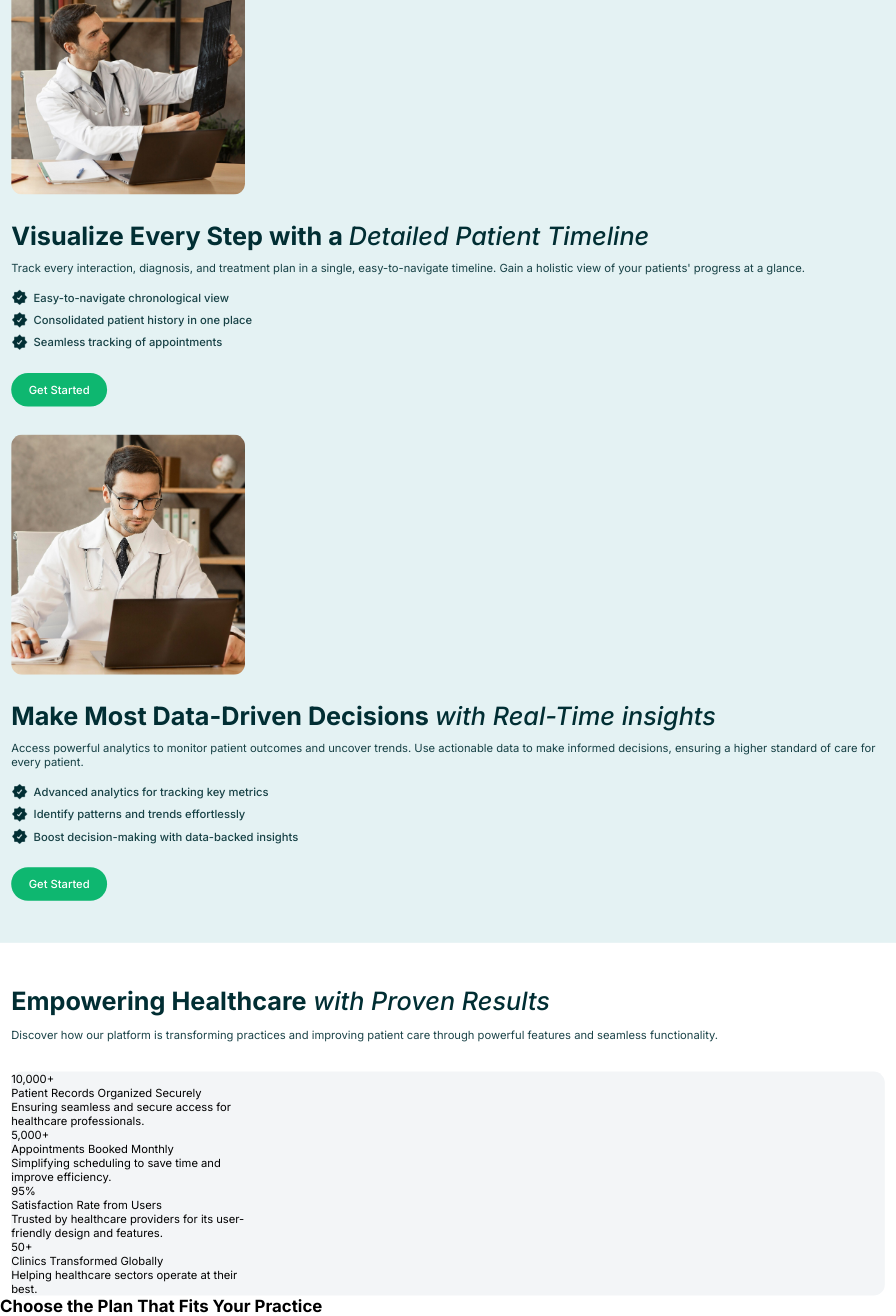
Repository: DiegoWWeege/recuperacao-prova-front-end
Page: index.html
These files come from the project's save history. The page is drawn as it stood at one moment and after a run of saves; the edit follows.
The browser window is 1280 px wide. The pictures show the part of the page from y = 1657 to 3577 px (the page is 3537 px tall before and 3577 px after), at 70% of full size.

Above is the page before, as saved 2026-06-22 18:59:27.

### index.html
<!DOCTYPE html>
<html lang="pt-br">
<head>
    <meta charset="UTF-8">
    <meta name="viewport" content="width=device-width, initial-scale=1.0">
    <title>ERTIFY HEALTH</title>
    <link rel="stylesheet" href="style.css">
</head>
<body>

    <!--Cabeçalho da Lading Page-->

    <header>
        <img src="images/logo.png" alt="Ertify Health logo">

        <section>
        <button aria-label = "Get Started" class = "get-started-button">Get Started</button>

            <img src="icons/burguer-menu.png" alt="Burguer menu">
        </section>
    </header>

    <!--Conteúdo principal da Lading Page-->
    <main class = "hero-section">

        <section>
            <h1>Simple & Secure Patient <span>Management</span></h1>
            <!-- Foi dado um espaço na palavra &amp, pois quando junta apresentava erro no html!-->
            <p>CERTIFY’s platform automates intake & amp; check-in processes
            so you can put the focus back on delivering quality care.</p>
        </section>

        <section id = "buttons-section">
            <button  aria-label = "Get Started" class = "get-started-button">Get Started</button>
            <button aria-label = "Play demo" class = "play-demo-button">Play Demo</button>
        </section>

        <img src="images/three-doctors.png" alt="Three doctors">
    </main>



    <section class = "section-patient-journey">
        <h2>Get a Proper Visualisation on <span>Patient Jouney</span></h2>

        <p>Understand and  manage your patients' healthcare journeys with
            clarity and precision. Our platform offers tools that provide
            actionable insights at every stage.</p>


        <section class = "image-text-benefits">

            <img src="images/doctor-xray.png" alt="A doctor sitting in his desk looking at an x-ray">

            <h2>Visualize Every Step with a <span>Detailed Patient Timeline</span></h2>

            <p>Track every interaction, diagnosis, and treatment
                plan in a single, easy-to-navigate
                timeline. Gain a holistic view of your patients'
                progress at a glance.</p>

            <section class = "benefits-grid">

                <img src="icons/checkmark-badge-02.png" alt="">
                <p class = "benefit">Easy-to-navigate chronological view</p>

                <img src="icons/checkmark-badge-02.png" alt="">
                <p class = "benefit">Consolidated patient history in one place</p>

                <img src="icons/checkmark-badge-02.png" alt="">
                <p class = "benefit">Seamless tracking of appointments</p>

            </section>

            <button  aria-label = "Get Started" class = "get-started-button">Get Started</button>

        </section>

        <section class = "image-text-benefits">

            <img src="images/doctor-laptop.png" alt="A doctor sitting in his desk looking at an x-ray">

            <h2>Make Most Data-Driven Decisions <span>with Real-Time insights</span></h2>

            <p>Access powerful analytics to monitor patient outcomes
                and uncover trends. Use actionable data
                 to make informed decisions, ensuring a higher standard
                 of care for every patient.</p>

            <section class = "benefits-grid">

                <img src="icons/checkmark-badge-02.png" alt="">
                <p class = "benefit">Advanced analytics for tracking key metrics</p>

                <img src="icons/checkmark-badge-02.png" alt="">
                <p class = "benefit">Identify patterns and trends effortlessly</p>

                <img src="icons/checkmark-badge-02.png" alt="">
                <p class = "benefit">Boost decision-making with data-backed insights</p>

            </section>

            <button  aria-label = "Get Started" class = "get-started-button">Get Started</button>

        </section>

    </section>

    <section class = "section-empowering-healthcare">
        <section class = "main-text">
            <h2>Empowering Healthcare<span> with Proven Results</span></h2>

        <p>Discover how our platform is transforming practices and improving
            patient care through powerful features and seamless functionality.</p>
        </section>

        <section class = "boxes-grid">
            <section class = "first-box">
                <p id = "first-p">10,000+</p>
                <p id = "second-p">Patient Records Organized Securely</p>

                <p>Ensuring seamless and secure access for healthcare professionals.</p>
            </section>

            <section class = "second-box">
                <p>5,000+</p>
                <p>Appointments Booked Monthly</p>

                <p>Simplifying scheduling to save time and improve efficiency.</p>
            </section>

            <section class = "third-box">
                <p>95%</p>
                <p>Satisfaction Rate from Users</p>

                <p>Trusted by healthcare providers for its user-friendly design and features.</p>
            </section>

            <section class = "fourth-box">
                <p>50+</p>
                <p>Clinics Transformed Globally</p>

                <p>Helping healthcare sectors operate at their best.</p>
            </section>
        </section>

    </section>


    <section id="plans-section">
        <h2>Choose the Plan That Fits <span>Your Practice</span></h2>

        <p></p>
    </section>
</body>
</html>

### style.css
@import url('https://fonts.googleapis.com/css2?family=Inter:ital,opsz,wght@0,14..32,100..900;1,14..32,100..900&family=Roboto:ital,wght@0,100..900;1,100..900&display=swap');

*{
    margin: 0px;
    padding: 0px;
    font-family: 'Inter', sans-serif;
}

img{
    object-fit: cover;
}

header{
    background-color: #012E33;
    width: 100vw;
    border-bottom: 1px solid #1A4347;
    display: grid;
    grid-template-columns: 1fr auto;
    align-items: center;
    padding: 1rem;
    box-sizing: border-box;
}

.get-started-button{
    background-color: #0EB770;
    color: white;
    font-size: 1rem;
    font-weight: 500;
    border-radius: 100px;
    height: 2.5rem;
    width: 8.063rem;
    border-style: none;
    justify-self: end;

}

header section{
    display: grid;
    grid-template-columns:auto auto;
    align-items: center;
    gap: 1rem;
}

.hero-section{
    background-color: #012E33;
    padding-top: 4.313rem;
    box-sizing: border-box;
}

.hero-section h1{
    font-family: "Inter" , sans-serif;
    font-size: 2.75rem;
    font-weight: 700;
    color: white;
    margin-bottom: 0.75rem;
    margin-left: 1.375rem;
    margin-right: 0.625rem;

}

.hero-section span{
    font-weight: 400;
    font-family: "Inter" , sans-serif;
    font-style: italic;
}

.hero-section p{
    color: rgba(255, 255, 255, 0.904);
    line-height: 1.625rem;
    margin-bottom: 4.313rem;
    margin-left: 1.375rem;
    margin-right: 0.625rem;
}

.hero-section #buttons-section button{
    width: 21.438rem;
    height: 3.5rem;
    margin-left: 1.375rem;
    margin-right: 0.625rem;
}

.hero-section #buttons-section .get-started-button{
    margin-bottom: 1rem;
}

.hero-section #buttons-section .play-demo-button{
    border: 1px solid #044046;
    border-radius: 100px;
    background: none;
    color: white;
    align-items: center;
    font-weight: 500;
    font-size: 16px;
}

.hero-section img{
    width: 100vw;
    margin-top: 2rem;
}

.section-patient-journey{
    background-color: #E4F2F3;
    padding-left: 1rem;
    padding-right: 1rem;
    padding-top: 3.75rem;
    padding-bottom: 3.75rem;
}

.section-patient-journey h2{
    font-family: "Inter" , sans-serif;
    font-weight: 700;
    font-size: 36px;
    line-height: 46px;
    color: #012E33;
    text-align: center;
}

.section-patient-journey span{
    font-weight: 500;
    font-style: italic;
}

.section-patient-journey p{
    color: #012e33e7;
    font-weight: 400;
    text-align: center;
    margin-top: 0.75rem;
}

.section-patient-journey img{
    height: 21.438rem;
    width: 20.875rem;
    border-radius: 1rem;
    margin-top: 2.5rem;
    margin-bottom: 2rem;
}

.section-patient-journey .image-text-benefits h2{
    text-align: start;
}

.section-patient-journey .image-text-benefits p{
    text-align:  start;
}

.image-text-benefits .benefits-grid{
    display: grid;
    grid-template-columns: auto 1fr;
    gap: 0.5rem;
    margin-top: 1.313rem;
    margin-bottom: 2rem;
}

.image-text-benefits .benefits-grid img{
    width: 1.5rem;
    height: 1.5rem;
    margin: 0px;

}

.image-text-benefits .benefits-grid p{
    margin: 0px;
    align-self: center;
    font-weight: 500;
}

.image-text-benefits .get-started-button{
    height: 3rem;
    width: 8.563rem;
}

.section-empowering-healthcare .main-text{
    margin-top: 3.75rem;
    margin-left: 1rem;
}

.section-empowering-healthcare .main-text h2{
    font-family: "Inter" , sans-serif;
    font-weight: 700;
    line-height: 46px;
    font-size: 36px;
    color: #012E33;
    margin-bottom: 0.75rem;
}

.section-empowering-healthcare .main-text span{
    font-weight: 500;
    font-style: italic;
}

.section-empowering-healthcare .main-text p{
    font-family: "Inter" , sans-serif;
    font-weight: 400;
    font-size: 16px;
    line-height: 26px;
    color: #012E33E5;
    margin-bottom: 2.5rem;

}

.section-empowering-healthcare .boxes-grid{
    display: grid;
    grid-template-columns: 21.438rem;
    background-color: #F3F5F7;
    border-radius: 16px;
    margin-left: 1rem;
    margin-right: 1rem;

.boxes-grid .first-box{

}

After the next 2 saves:
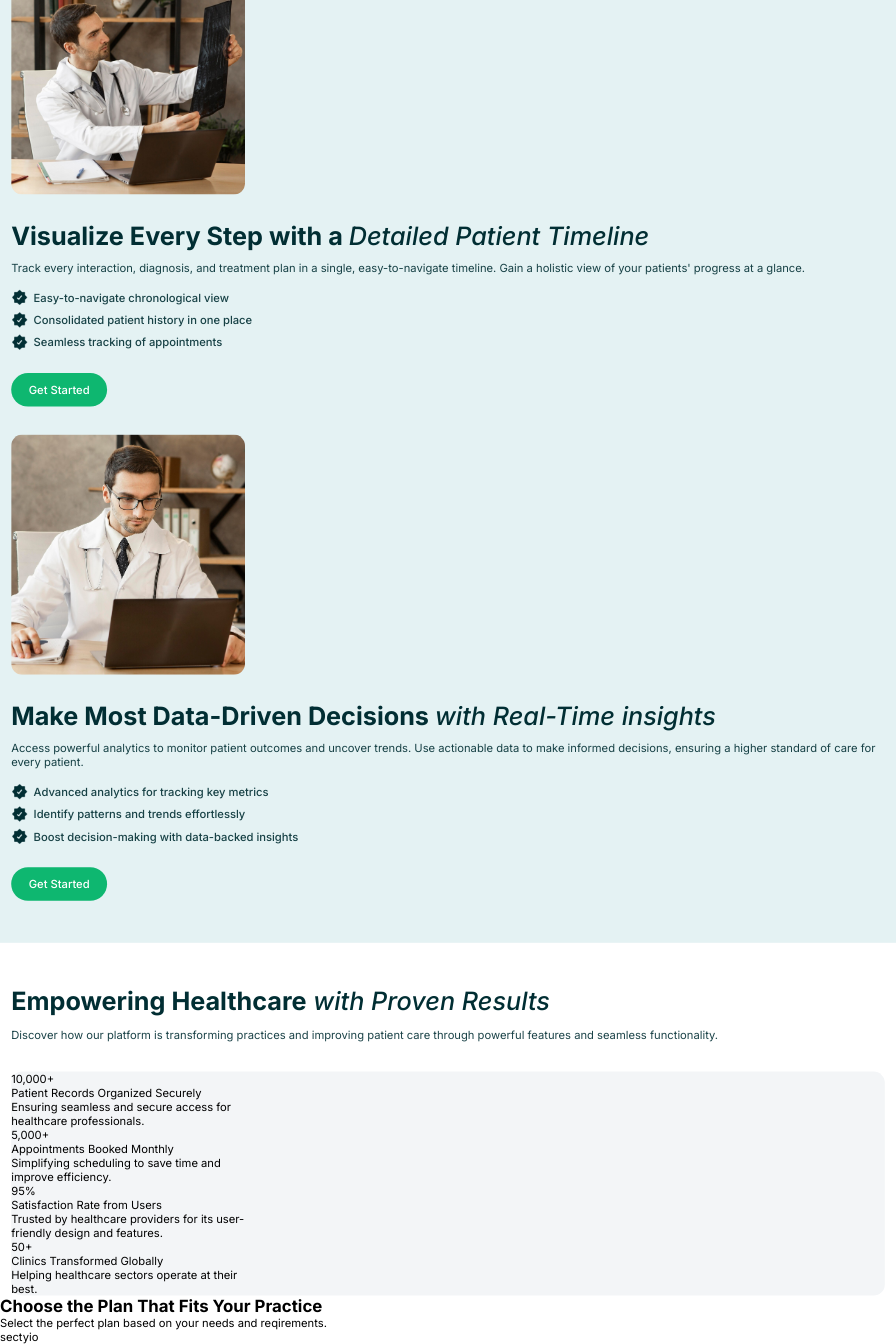
The 2 saves are shown as one change because they came seconds apart.
The last was saved 9 s later.
--- a/index.html
+++ b/index.html
@@ -119,7 +119,7 @@
                 <p id = "first-p">10,000+</p>
                 <p id = "second-p">Patient Records Organized Securely</p>
 
-                <p>Ensuring seamless and secure access for healthcare professionals.</p>
+                <p id = "third-p">Ensuring seamless and secure access for healthcare professionals.</p>
             </section>
 
             <section class = "second-box">
@@ -150,7 +150,9 @@
     <section id="plans-section">
         <h2>Choose the Plan That Fits <span>Your Practice</span></h2>
 
-        <p></p>
+        <p>Select the perfect plan based on your needs and reqirements. </p>
+
+        sectyio
     </section>
 </body>
 </html>
